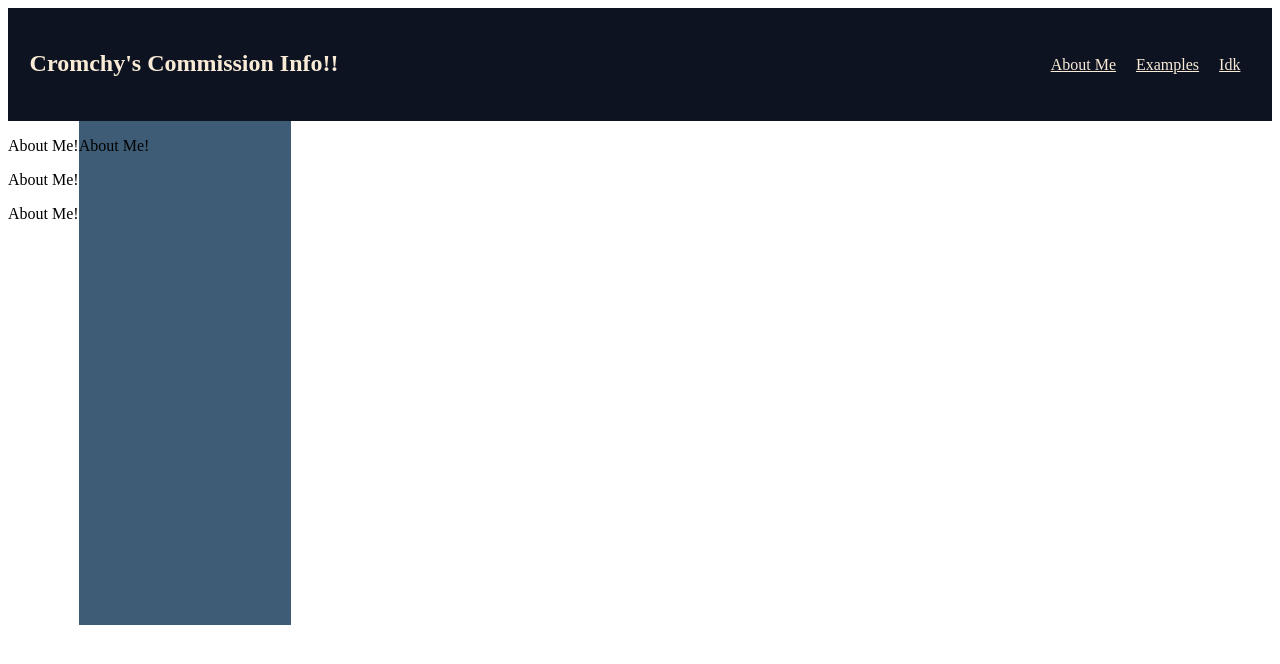
Repository: crackaLack1n/Cromchys_Commission_Site
Page: /
An editor plug-in stored every save of this project. The page is shown before and after the next save, followed by the edit.
The browser window is 1280 px wide. The pictures show the whole page.
The project was rebuilt for these pictures with package versions that can differ from the ones it lists, and the page was loaded fresh each time. The framework's server and built-in components were replaced by stand-ins that run in the browser. Also part of the build but not shown: next.config.mjs.

Above is the page before, as saved 2024-06-11 12:15:38.

### pages/index.js
import Head from "next/head";
import Header from "@/Components/Header";
import Image from "next/image";
import styles from "@/styles/Home.module.css";


export default function Home() {
  return (
    <>
      <Head>
        <title>Create Next App</title>
        <meta name="description" content="Generated by create next app" />
        <meta name="viewport" content="width=device-width, initial-scale=1" />
        <link rel="icon" href="/favicon.ico" />
      </Head>

      <Header/>
      <main className={`${styles.main}`}>
        <div className={styles.container}>
          <div className={styles.contentLeft}>
            <p>About Me!</p>
            <p>About Me!</p>
            <p>About Me!</p>
          </div>
          <div className={styles.contentRight}>
          <p>About Me!</p>
          </div>
        </div>
      </main>
    </>
  );
}

### Components/Header/index.js
import Link from "next/link"
import style from './header.module.css';
export default function Header() {
  return (
    <>
      <div className={style.main}>
        <h2>Cromchy's Commission Info!!</h2>
        <nav className={style.nav}>
          <ul className={style.buttons}>
            <li><Link href={`/`}>About Me</Link></li>
            <li><Link href={`/Examples`}>Examples</Link></li>
            <li><Link href={`/Idk`}>Idk</Link></li>
          </ul>
        </nav>
      </div>
    </>
  )
}

### styles/Home.module.css
.main {
  display: flex;
  min-height: 20vh;
}

.container {
 display: grid;
 grid-template-columns:  1fr 3fr;
 height: 70vh;
}

.contentLeft {
  width: 1fr;
}

.contentRight {
  background-color: #3E5C76;
  width: 100%;
}

/* Mobile */
@media (max-width: 700px) {
  .content {
    padding: 4rem;
  }

  .grid {
    grid-template-columns: 1fr;
    margin-bottom: 120px;
    max-width: 320px;
    text-align: center;
  }

}

/* Tablet and Smaller Desktop */
@media (min-width: 701px) and (max-width: 1120px) {
  .grid {
    grid-template-columns: repeat(2, 50%);
  }
}

### Components/Header/header.module.css
.main {
  display: flex;
  justify-content: space-between;
  padding: 3vh;
  background-color: #0D1321;
  color: antiquewhite;
}


.nav {
justify-content: end;

}

.buttons {
  display: flex;

}

.buttons li {
  padding: 10px;
  list-style-type: none;
  color: antiquewhite;
}

.buttons a {
  color: antiquewhite;
}

Loaded but not shown: pages/_app.js (common file); pages/_document.js (common file); styles/globals.css (common file)

After the next save:
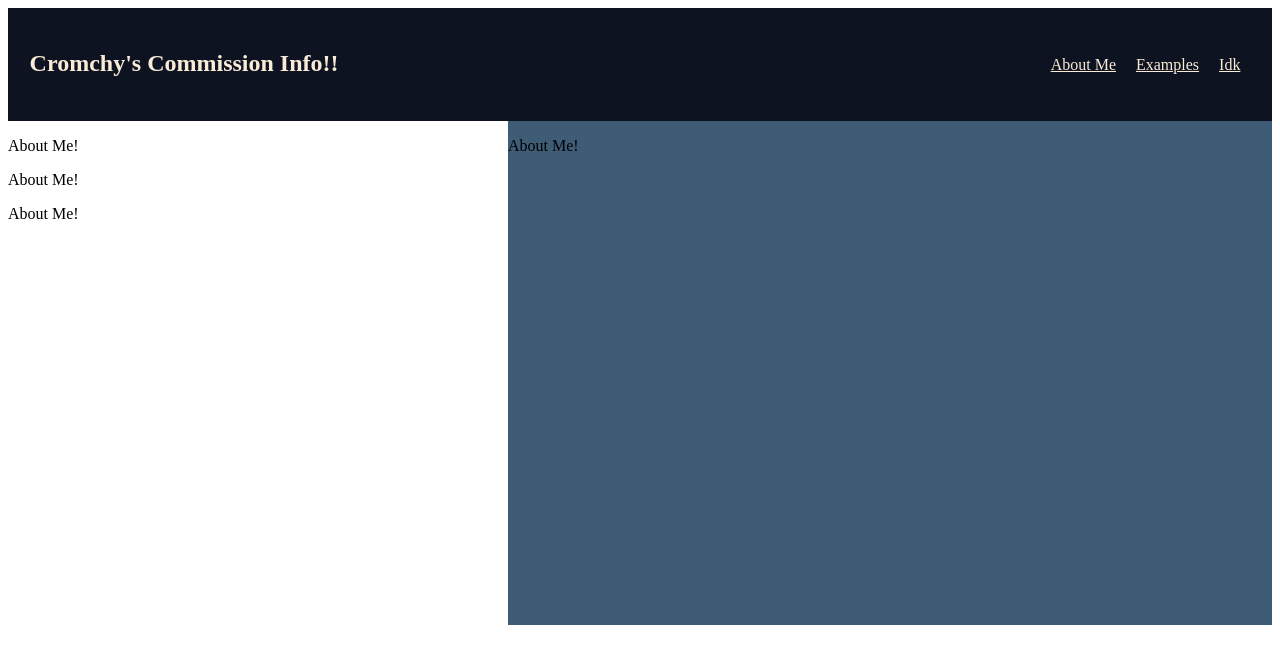
Saved 5 s later.
--- a/styles/Home.module.css
+++ b/styles/Home.module.css
@@ -10,7 +10,7 @@
 }
 
 .contentLeft {
-  width: 1fr;
+  width: 500px;
 }
 
 .contentRight {
